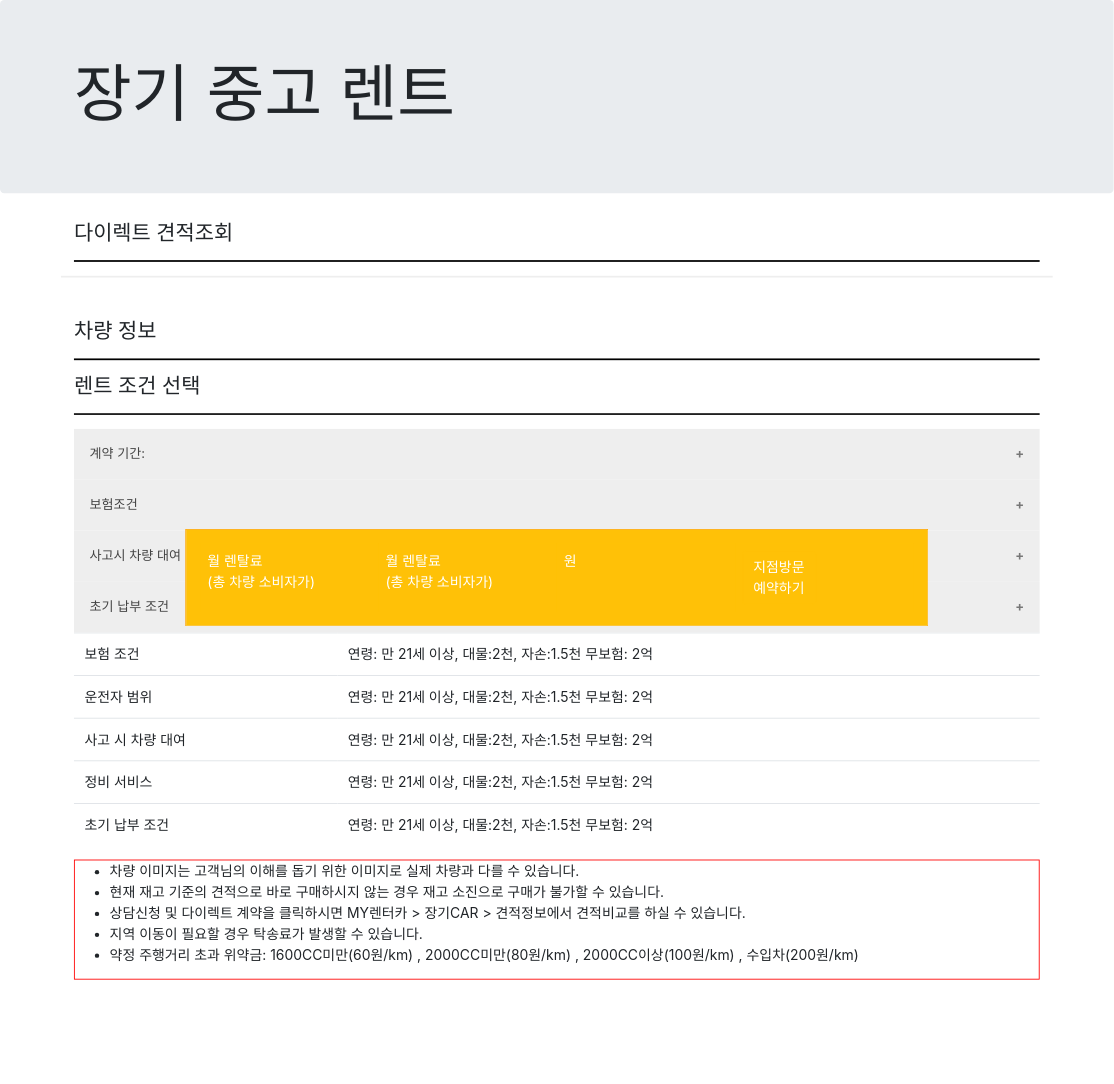
Repository: hyebinkim00/Project
Page: http://localhost/jsp/long_lent_oldcar/carLent.jsp
These files come from the project's save history. The page is drawn as it stood at one moment and after the next save; the edit follows.
The browser window is 1280 px wide. The pictures show the whole page, at 87% of full size.
The page is served by Tomcat 9. Queries for data that is not in the repository find no rows.

Above is the page before, as saved 2020-09-18 07:25:25.

After the next save:
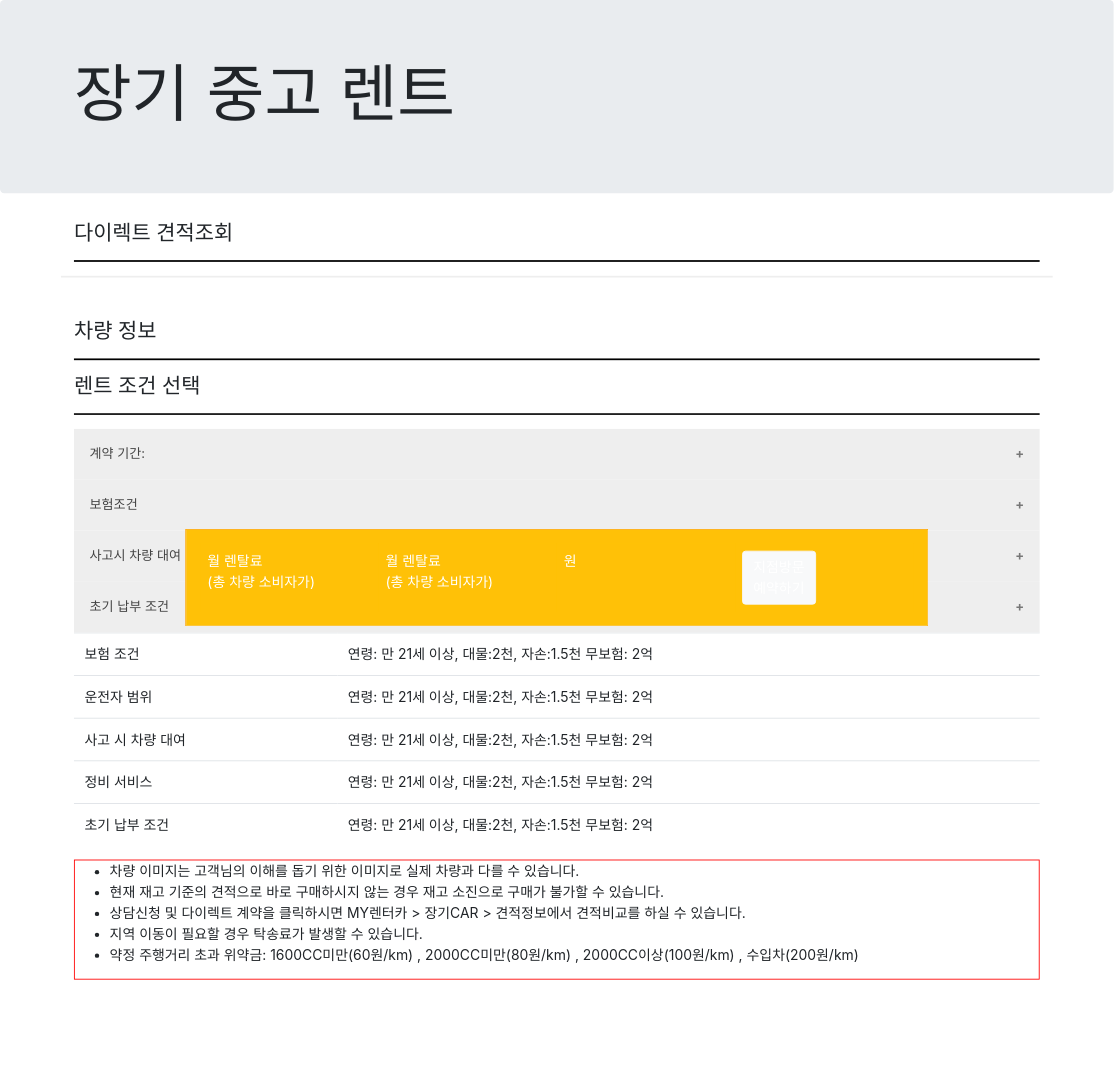
Saved 42 s later.
--- a/jsp/WebContent/long_lent_oldcar/carLent.jsp
+++ b/jsp/WebContent/long_lent_oldcar/carLent.jsp
@@ -324,7 +324,7 @@ function go(){
     <div class="col-sm-3 p-2 bg-warning">월 렌탈료<br> (총 차량 소비자가)</div>
     <div class="col-sm-3 p-2 bg-warning">월 렌탈료<br> (총 차량 소비자가)</div>
     <div class="col-sm-3 p-2 bg-warning"><span id="result4"><c:out value="${car_price}" />원</span><br><c:out value="${prices}" /></div>
-    <div class="col-sm-3 p-2 bg-warning"><button class="btn btn-outline-warning text-white" onclick="go()">지점방문<br>예약하기</button></div>
+    <div class="col-sm-3 p-2 bg-warning"><button class="btn btn-light text-white" onclick="go()">지점방문<br>예약하기</button></div>
   </div>
 
 
